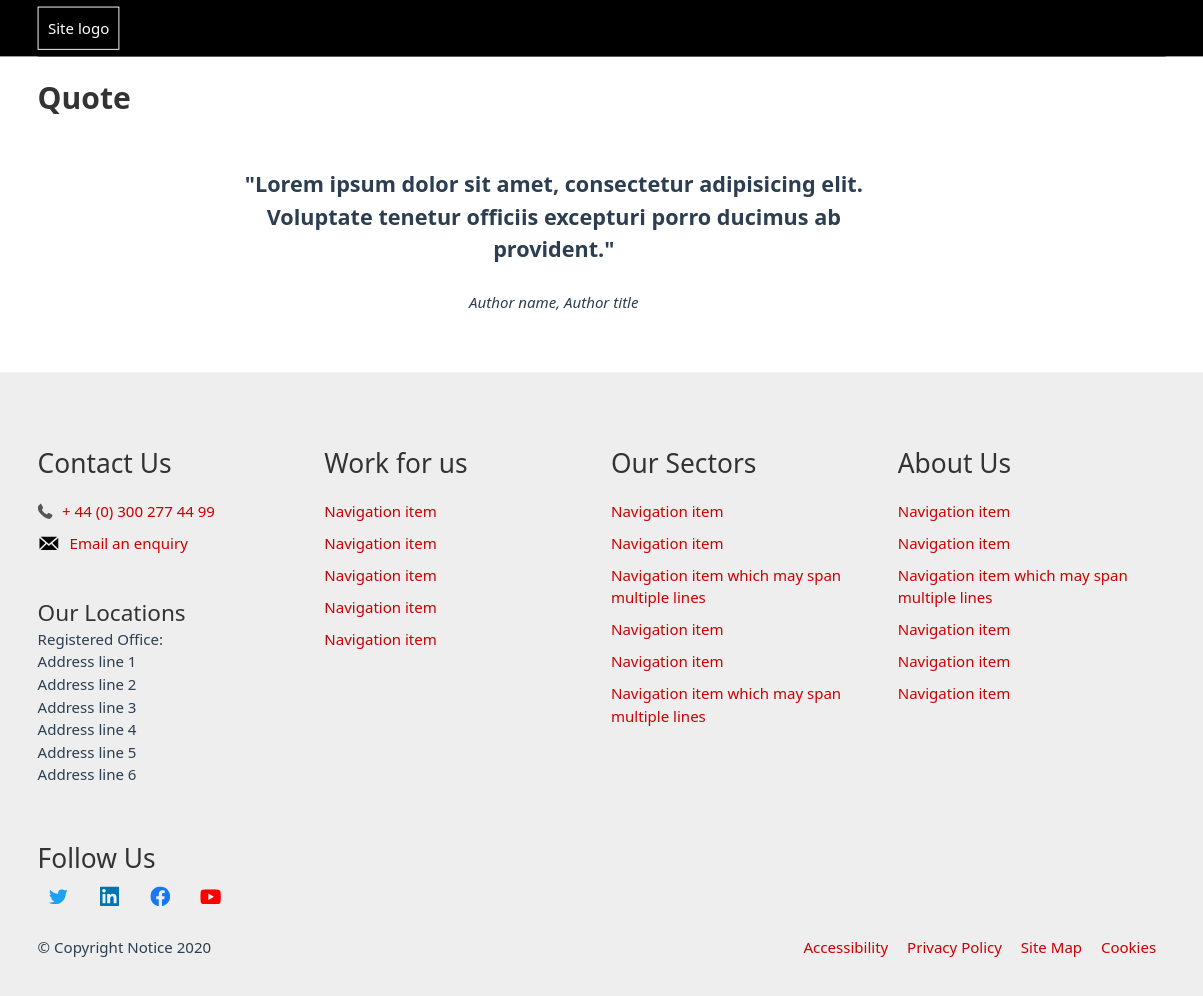
Repository: DaveBaulch/spa
Page: /#/quote
An editor plug-in stored every save of this project. The page is shown before and after the next save, followed by the edit.
The browser window is 1280 px wide. The pictures show the whole page, at 94% of full size.
The project was rebuilt for these pictures with package versions that can differ from the ones it lists, and the page was loaded fresh each time. Also part of the build but not shown: src/views/Home.vue, src/assets/styles/main.css.

Above is the page before, as saved 2020-10-16 10:23:38.

After the next save:
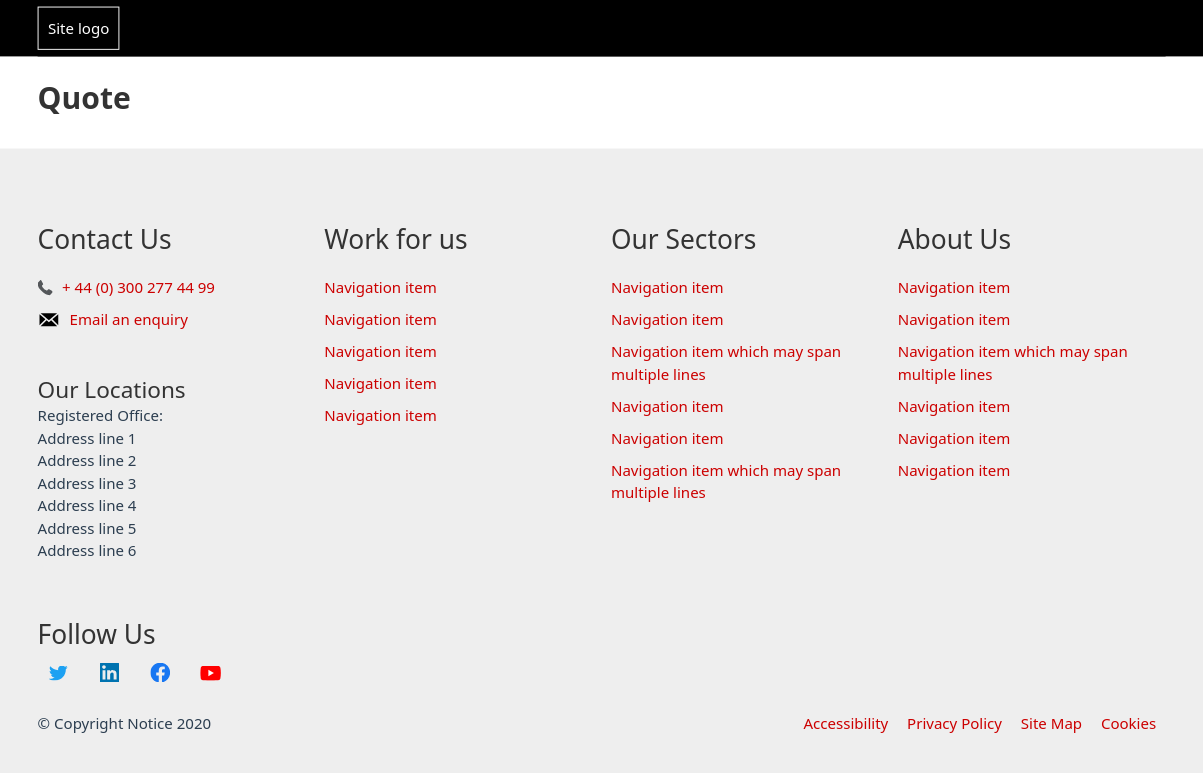
Saved 7 s later.
--- a/src/views/Quote.vue
+++ b/src/views/Quote.vue
@@ -6,7 +6,7 @@
       <h1>Quote</h1>
     </div>
 
-    <AppQuote />
+    <!-- <AppQuote />    -->
 
   </div>
 
@@ -14,12 +14,12 @@
 
 <script>
 // @ is an alias to /src
-import AppQuote from "@/components/blocks/AppQuote.vue";
+// import AppQuote from "@/components/blocks/AppQuote.vue";
 
 export default {
   name: "Quote",
   components: {
-    AppQuote
+    // AppQuote
   }
 };
 </script>

After the save that followed:
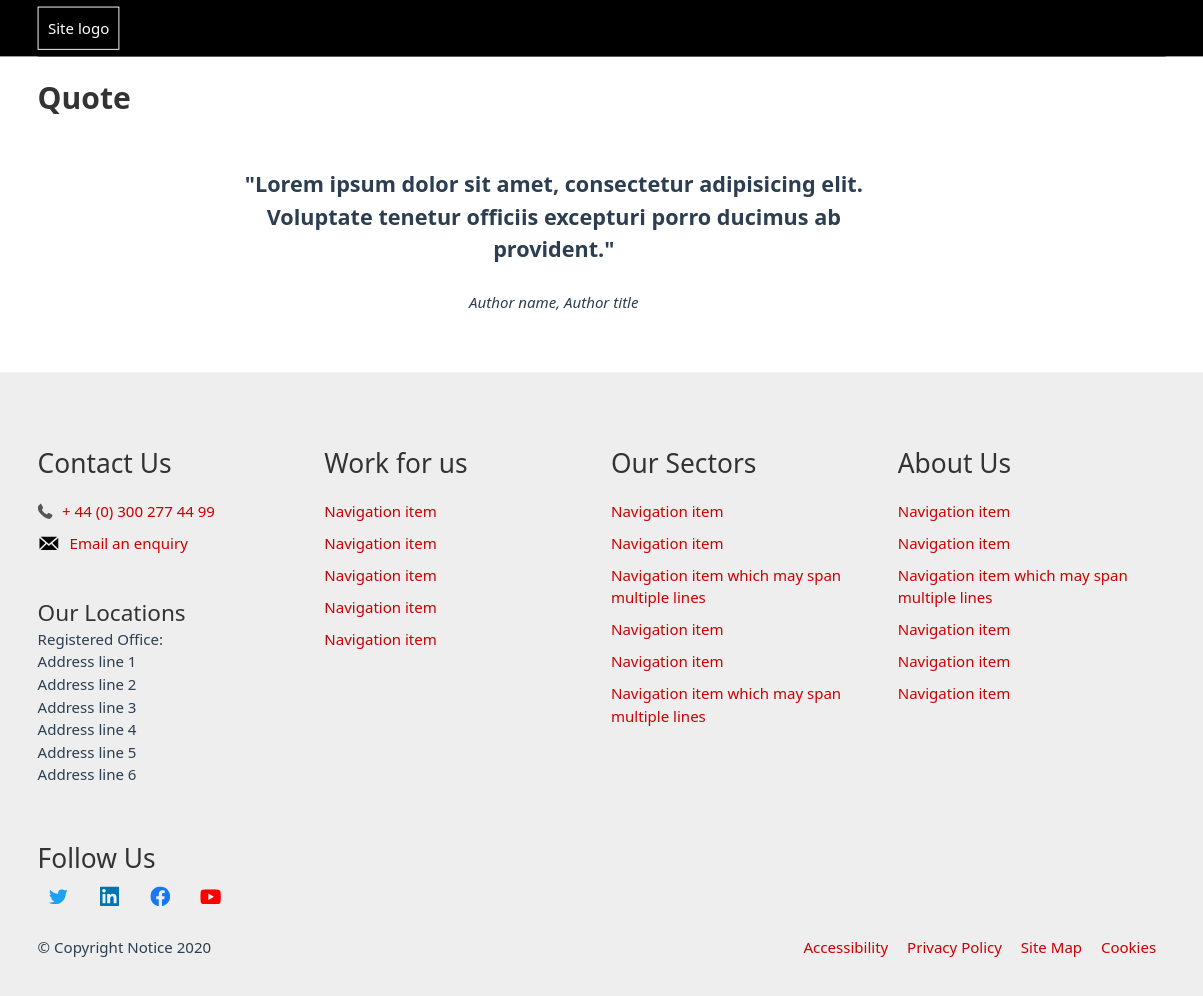
Saved 9 min 43 s later.
--- a/src/views/Quote.vue
+++ b/src/views/Quote.vue
@@ -6,7 +6,7 @@
       <h1>Quote</h1>
     </div>
 
-    <!-- <AppQuote />    -->
+    <AppQuote />
 
   </div>
 
@@ -14,12 +14,12 @@
 
 <script>
 // @ is an alias to /src
-// import AppQuote from "@/components/blocks/AppQuote.vue";
+import AppQuote from "@/components/blocks/AppQuote.vue";
 
 export default {
   name: "Quote",
   components: {
-    // AppQuote
+    AppQuote
   }
 };
 </script>
